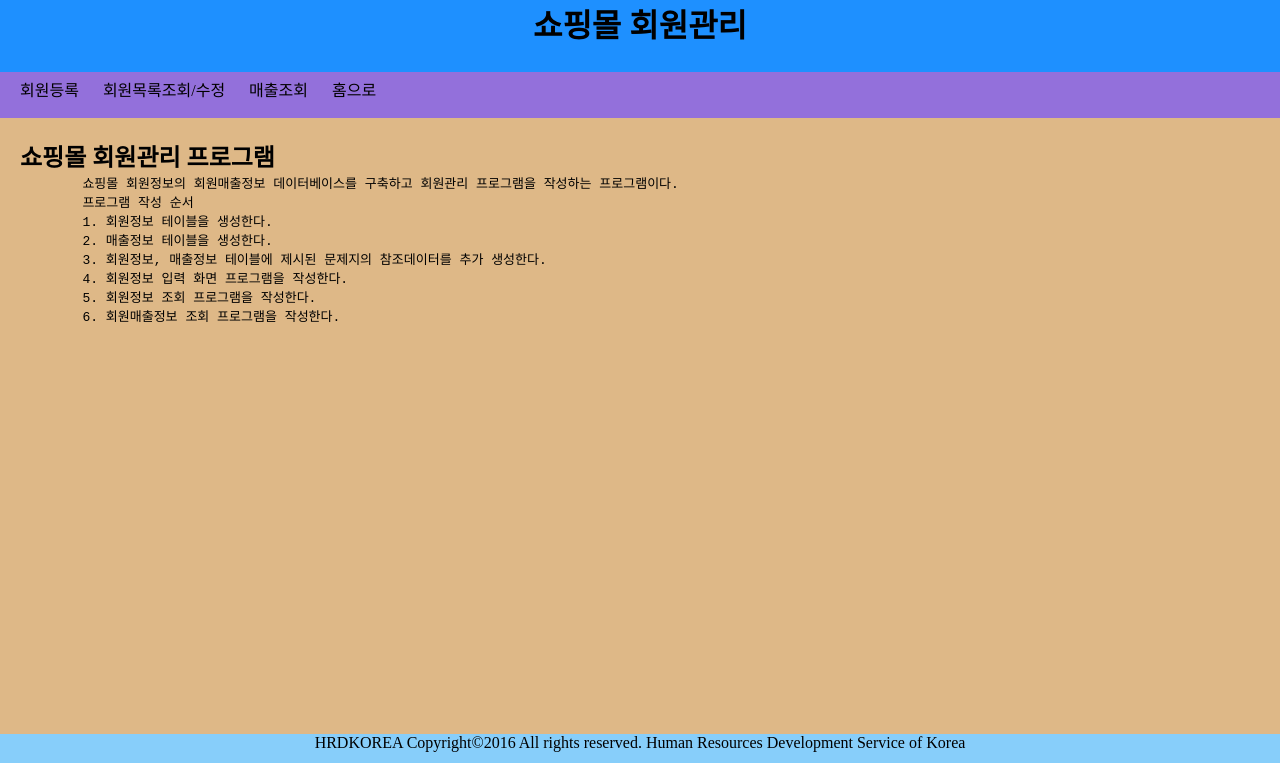
Repository: guguping/finalTestStudy
Page: http://localhost/test2/
The author's editor kept a copy of each file at every save. The page is drawn from the files as they stood at one save, then again after the next save.
The browser window is 1280 px wide. The pictures show the whole page.
The page is served by Tomcat 9.

Above is the page before, as saved 2023-07-28 06:48:17.

### test2/src/main/webapp/index.jsp
<%@ page contentType="text/html;charset=UTF-8" language="java" %>
<html>
<head>
    <title>Title</title>
    <style>
        * {
            padding: 0;
            margin: 0;
        }
        #contents {
			height: 80%;
            background-color: burlywood;
            padding: 20px;
        }
        a {
        	text-decoration: none;
        	color: black;
        }
        a:hover {
        	height:10%;
        	color: yellow;
        }
        #header {
        	text-align: center;
        	height: 10%
        }
        #footer {
        	text-align: center;
        	height: 4%;
        }
        #nav{
			height: 5%;
        }
    </style>
</head>
<body>
<%@include file="header.jsp"%>
<%@include file="nav.jsp"%>

<div id="contents">
    <h2>쇼핑몰 회원관리 프로그램</h2>
    <pre>
        쇼핑몰 회원정보의 회원매출정보 데이터베이스를 구축하고 회원관리 프로그램을 작성하는 프로그램이다.
        프로그램 작성 순서
        1. 회원정보 테이블을 생성한다.
        2. 매출정보 테이블을 생성한다.
        3. 회원정보, 매출정보 테이블에 제시된 문제지의 참조데이터를 추가 생성한다.
        4. 회원정보 입력 화면 프로그램을 작성한다.
        5. 회원정보 조회 프로그램을 작성한다.
        6. 회원매출정보 조회 프로그램을 작성한다.
    </pre>
</div>

<%@include file="footer.jsp"%>
</body>
</html>

### test2/src/main/webapp/header.jsp
<%@ page contentType="text/html;charset=UTF-8" language="java" %>
    <style>
        #header {
            background-color: dodgerblue;
            width: 100%;
            padding: 0;
            margin: 0;
        }
    </style>
<div id="header">
    <h1 id="title">쇼핑몰 회원관리</h1>
</div>

### test2/src/main/webapp/nav.jsp
<%@ page contentType="text/html;charset=UTF-8" language="java" %>

    <style>
        #nav {
            /*margin-left: 30px;*/
            background-color: mediumpurple;
            padding-top: 5px;
            padding-bottom: 5px;
        }
        #nav a {
            margin-left: 20px;
        }
    </style>
    <div id="nav">
        <a href="saveMemberForm.jsp">회원등록</a>
        <a href="findMember.jsp">회원목록조회/수정</a>
        <a href="salesList.jsp">매출조회</a>
        <a href="index.jsp">홈으로</a>
    </div>

### test2/src/main/webapp/footer.jsp
<%--
  Created by IntelliJ IDEA.
  User: user
  Date: 2022-08-02
  Time: 오후 4:26
  To change this template use File | Settings | File Templates.
--%>
<%@ page contentType="text/html;charset=UTF-8" language="java" %>
    <style>
        #footer {
            background-color: lightskyblue;
        }
    </style>
<div id="footer">
    <p>HRDKOREA Copyright&copy;2016 All rights reserved. Human Resources Development Service of Korea</p>
</div>

After the next save:
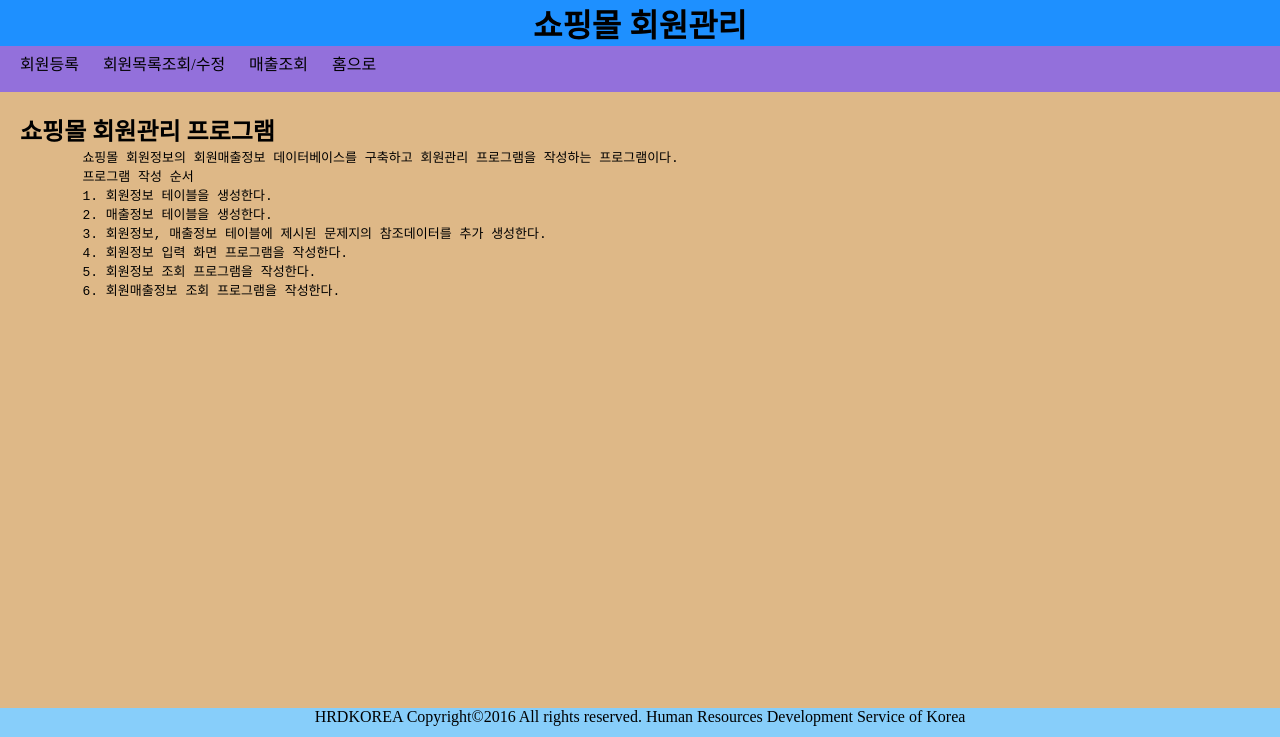
Saved 11 s later.
--- a/test2/src/main/webapp/index.jsp
+++ b/test2/src/main/webapp/index.jsp
@@ -22,7 +22,6 @@
         }
         #header {
         	text-align: center;
-        	height: 10%
         }
         #footer {
         	text-align: center;
